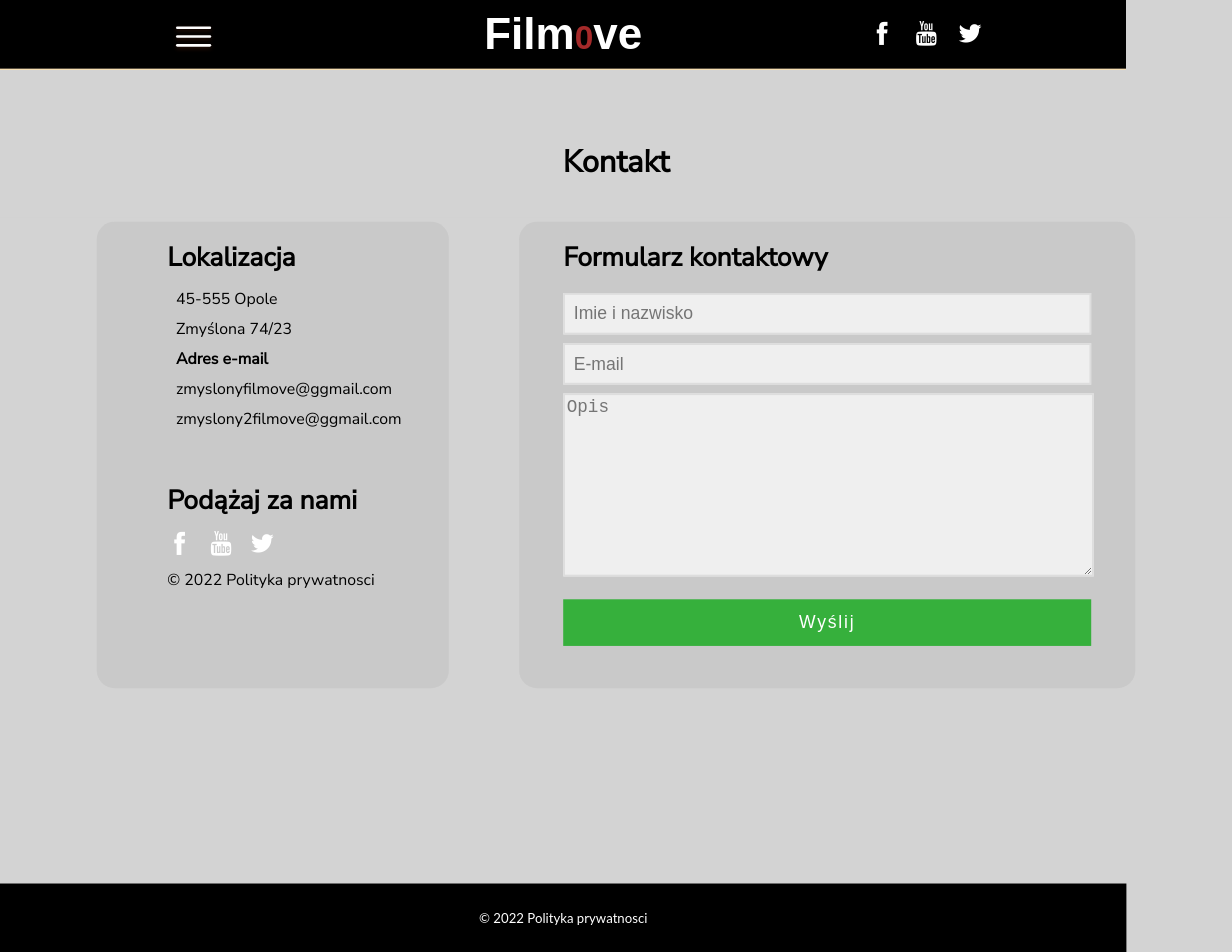
Repository: PrzemyslawJura/MovieWebsite
Page: Kontakt.html
These files come from the project's save history. The page is drawn as it stood at one moment and after a run of saves; the edit follows.
The browser window is 1280 px wide. The page is 1400 px wide, so the pictures cover 1400 px, including what lies to the right of the window. The pictures show the whole page, at 88% of full size.
Some web fonts or font styles are not loaded; a fallback is used.

Above is the page before, as saved 2022-04-12 15:06:38.

After the next 2 saves:
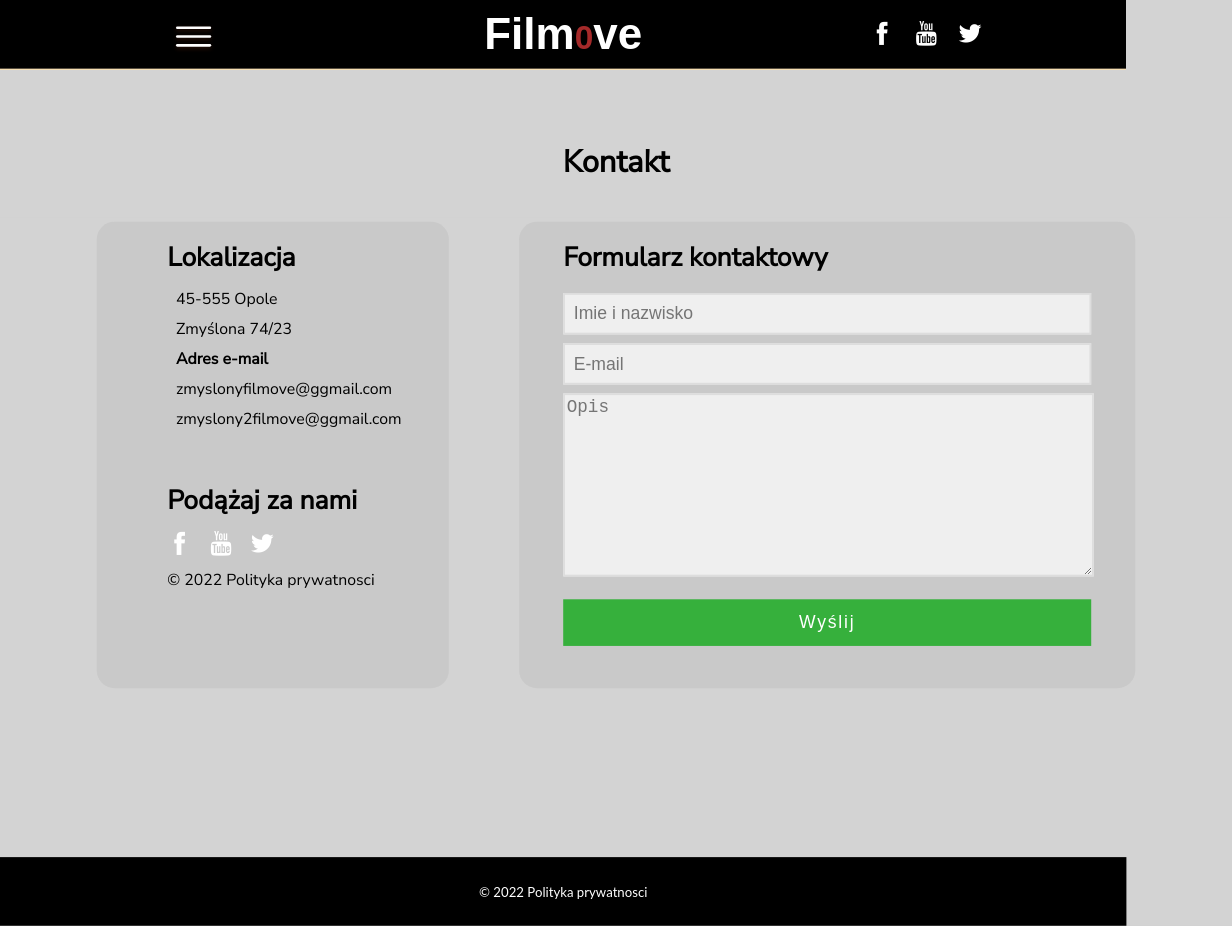
The 2 saves are shown as one change because they came seconds apart.
The last was saved 14 s later.
--- a/style.css
+++ b/style.css
@@ -842,7 +842,7 @@ td h4{
     margin-left: auto;
     display: grid;
     grid-template-columns: [first] auto [line2] 400px [line3] 80px [col4-start] 700px [five] auto [end];
-    grid-template-rows: [row1] 5px [row2] 530px [row3] 182px [last-line];
+    grid-template-rows: [row1] 5px [row2] 530px [row3] 152px [last-line];
 }
 #kon1{
     grid-column-start: 2;
